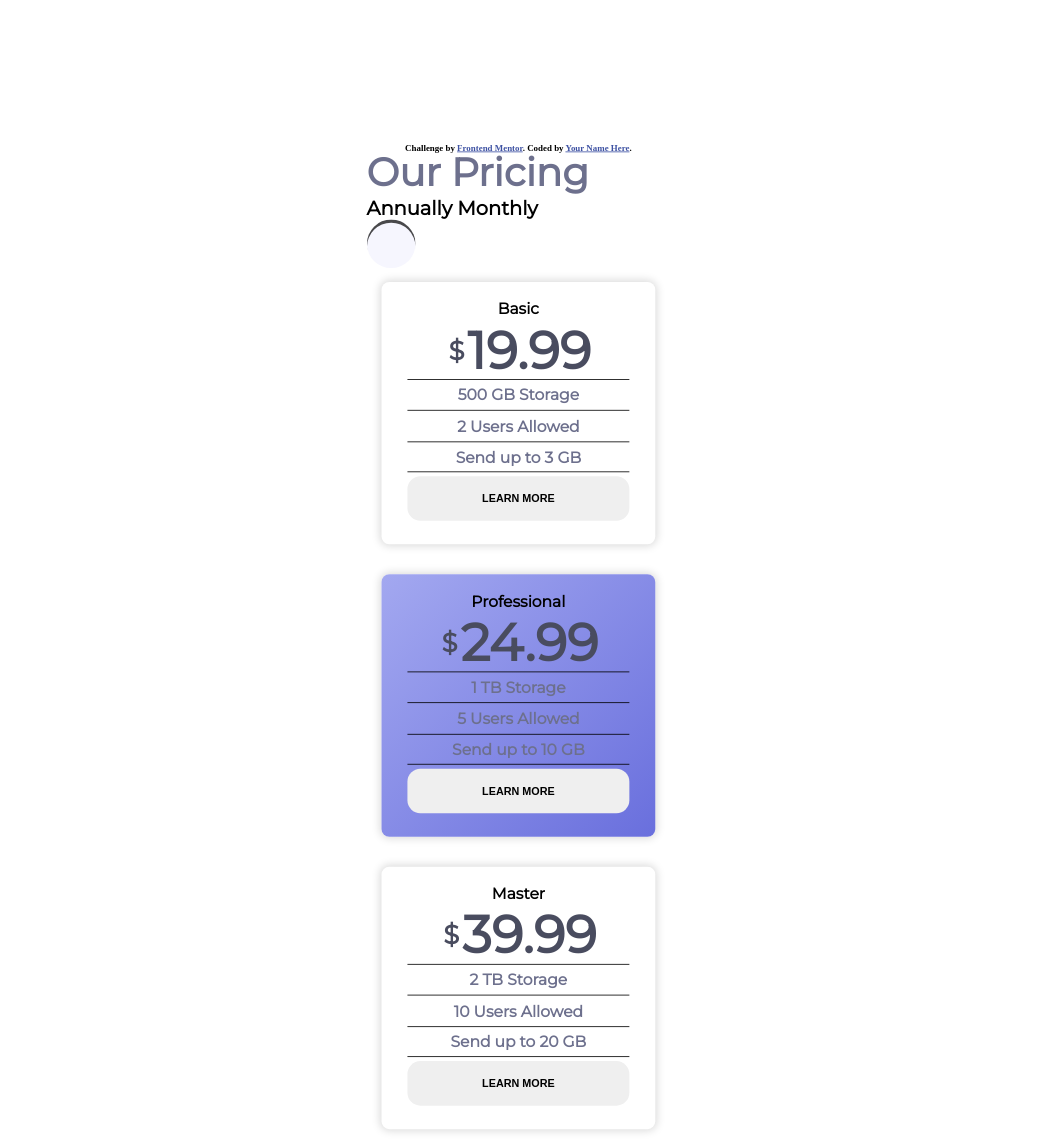
Repository: JuzzJoel/pricing-component-with-toggle-master
Page: index.html
These files come from the project's save history. The page is drawn as it stood at one moment and after a run of saves; the edit follows.
The browser window is 1280 px wide. The pictures show the whole page, at 81% of full size.

Above is the page before, as saved 2025-05-24 11:26:00.

### index.html
<!DOCTYPE html>
<html lang="en">
<head>
  <meta charset="UTF-8">
  <meta name="viewport" content="width=device-width, initial-scale=1.0"> <!-- displays site properly based on user's device -->

  <link rel="icon" type="image/png" sizes="32x32" href="./images/favicon-32x32.png">
  <link rel="preconnect" href="https://fonts.googleapis.com">
  <link rel="preconnect" href="https://fonts.gstatic.com" crossorigin>
  <link
    href="https://fonts.googleapis.com/css2?family=Montserrat:ital,wght@700"
    rel="stylesheet">
  <title>Frontend Mentor | [pricing-component-with-toggle-master]</title>
  <style>
    :root{

      --linear-gradient: linear-gradient(to bottom right, hsl(236, 72%, 79%), hsl(237, 63%, 64%));

--clr-pri: hsl(240, 78%, 98%);
--clr-pri-acc: hsl(234, 14%, 74%);
--clr-sec: hsl(233, 13%, 49%);
--clr-sec-acc: hsl(232, 13%, 33%);
    }
*,
*::before,
*::after {
    box-sizing: border-box;
}

* {
    margin: 0;
    padding: 0;
    box-sizing: border-box;
}
.visually-hidden:not(:focus):not(:active) {
  clip: rect(0 0 0 0);
  clip-path: inset(50%);
  height: 1px;
  overflow: hidden;
  position: absolute;
  white-space: nowrap;
  width: 1px;
}
    .attribution { font-size: 11px; text-align: center;height: 1vh; }
    .attribution a { color: hsl(228, 45%, 44%); }
body{
  font-size: 0.95rem;
  font-weight: 700;
width: 100vw;
height: 150vh;
display: flex;
align-items: center;
justify-content: center;
flex-direction: column;
}


.container{
  width: 375px;
  height: 100vh;
  font-family: "Montserrat", sans-serif;

}
  .pricing-header{
font-size: 1.5rem;
  }
  .pricing-header h1{
    color: var(--clr-sec);

  }
    .toggle-box{

    }

     .toggle-container{
      width: 50px;
      height: 50px;
      position: relative;
      background: var(--clr-pri);
      padding: 30px;
      border-radius: 3rem;

      box-shadow: inset 0 4px 0 0 rgba(0, 0, 0, 0.7);
     }
     .toggle-slider{
      position: absolute;
      border-radius: 50%;
      left: 10px;
      top: 5px;
     }
     input[type="radio"]{
      display: none;
     }

       .pricing{

       }


   .content-body{
    display: flex;
    flex-direction: column;
    align-items: center;
    width: 100%;
    height: 150vh;
   }
   .content{
    display: flex;
    flex-direction: column;
    align-items: center;
    justify-content: space-evenly;
    width: 90%;
    gap: 20px;
    height: 100%;
   }
   .card-container{
    display: flex;
    flex-direction: column;
    align-items: center;
    justify-content: center;
    width: 100%;
    border-radius: .6rem;

    box-shadow: 0 0 .625rem .125rem rgba(0, 0, 0, 0.15);
    height: 30%;
   }
   .card-container:nth-child(2){
  background: var(--linear-gradient);
   }    .card{
          display: flex;
          flex-direction: column;
          align-items: center;
          justify-content: space-between;
          width: 90%;
          height: 85%;
          font-family: "Montserrat", sans-serif;
        }
        .card>*{
          width: inherit;
          display: flex;
          align-items: center;
          justify-content: center;
        }
          .rows-head{
            height: 35%;
            display: flex;
            flex-direction: column;
            align-items: center;
            justify-content: center;
          }
          .rows-head p{
           font-size: 1.2rem;
          }
          .rows-head h1{
            font-size: 4rem;
            color: var(--clr-sec-acc);
            display: flex;
            align-items: center;
           } .rows-head h1 span{
            font-size: 2rem;
            color: var(--clr-sec-acc);
            margin-right: 2%;
           }
          .rows{
            height: 15%;
            border: 1px   solid black;
            border-left: none;
            border-right: none;
            color: var(--clr-sec);
            font-size: 1.2rem;
          }
          .rows:nth-child(3){
            border: none;
          }
          .rows-button{
            height: 25%;
            display: flex;
            align-items: center;
            justify-content: center;
          }
  button{
    width: 100%;
    display: flex;
    align-items: center;
    justify-content: center;
    border-radius: 1rem;
    border: none;
    padding: 1.25rem 2.5rem;
    text-transform: uppercase;
    color: var(--linear-gradient);
    font-weight: 700;
  }

          @media(min-width:1440px){
            .content{
              flex-direction: row;
              justify-content: space-between;
             }
          }
  </style>
</head>
<body>
  <div class="attribution">
    Challenge by <a href="https://www.frontendmentor.io?ref=challenge" target="_blank">Frontend Mentor</a>.
    Coded by <a href="#">Your Name Here</a>.
  </div>


  <div class="container">
    <div class="pricing-header">
      <h1>Our Pricing</h1>
      <div class="toggle-box">
        Annually
        Monthly
        <div class="toggle-container">

          <input type="radio" class="pricing" id="price-annnual">
          <label for="price-annual"></label>

          <input type="radio" class="pricing" id="price-month">
          <label for="price-month"></label>

          <div class="toggle-slider"></div>
        </div>
      </div>
      <div class="content-body">
        <div class="content">
          <div class="card-container">
<div class="card">
            <div class="rows-head">
              <p>Basic</p>
         <h1>  <span>&dollar;</span>
          19.99
           <i class="visually-hidden">&dollar;199.99</i>
           </h1>
          </div>
            <div class="rows">500 GB Storage</div>
            <div class="rows">2 Users Allowed</div>
            <div class="rows">Send up to 3 GB</div>
            <div class="rows-button"><button>Learn More</button></div>
          </div>
          </div>

          <div class="card-container">
            <div class="card">
            <div class="rows-head">
              <p>Professional</p>
              <h1> <span>&dollar;</span>24.99
                <i class="visually-hidden">&dollar;249.99</i>
           </h1>
          </div>
            <div class="rows">1 TB Storage</div>
            <div class="rows">5 Users Allowed</div>
            <div class="rows">Send up to 10 GB</div>
            <div class="rows-button"><button>Learn More</button></div>
          </div>
          </div>
          <div class="card-container">
            <div class="card">
            <div class="rows-head">
              <p>Master</p>
              <h1> <span>&dollar;</span>39.99
                <i class="visually-hidden">&dollar;399.99</i>
          </h1>
          </div>
            <div class="rows">2 TB Storage</div>
            <div class="rows">10 Users Allowed</div>
            <div class="rows">Send up to 20 GB</div>
            <div class="rows-button"><button>Learn More</button></div>
          </div>
          </div>
        </div>
      </div>
    </div>
  </div>


</body>
</html>

After the next 6 saves:
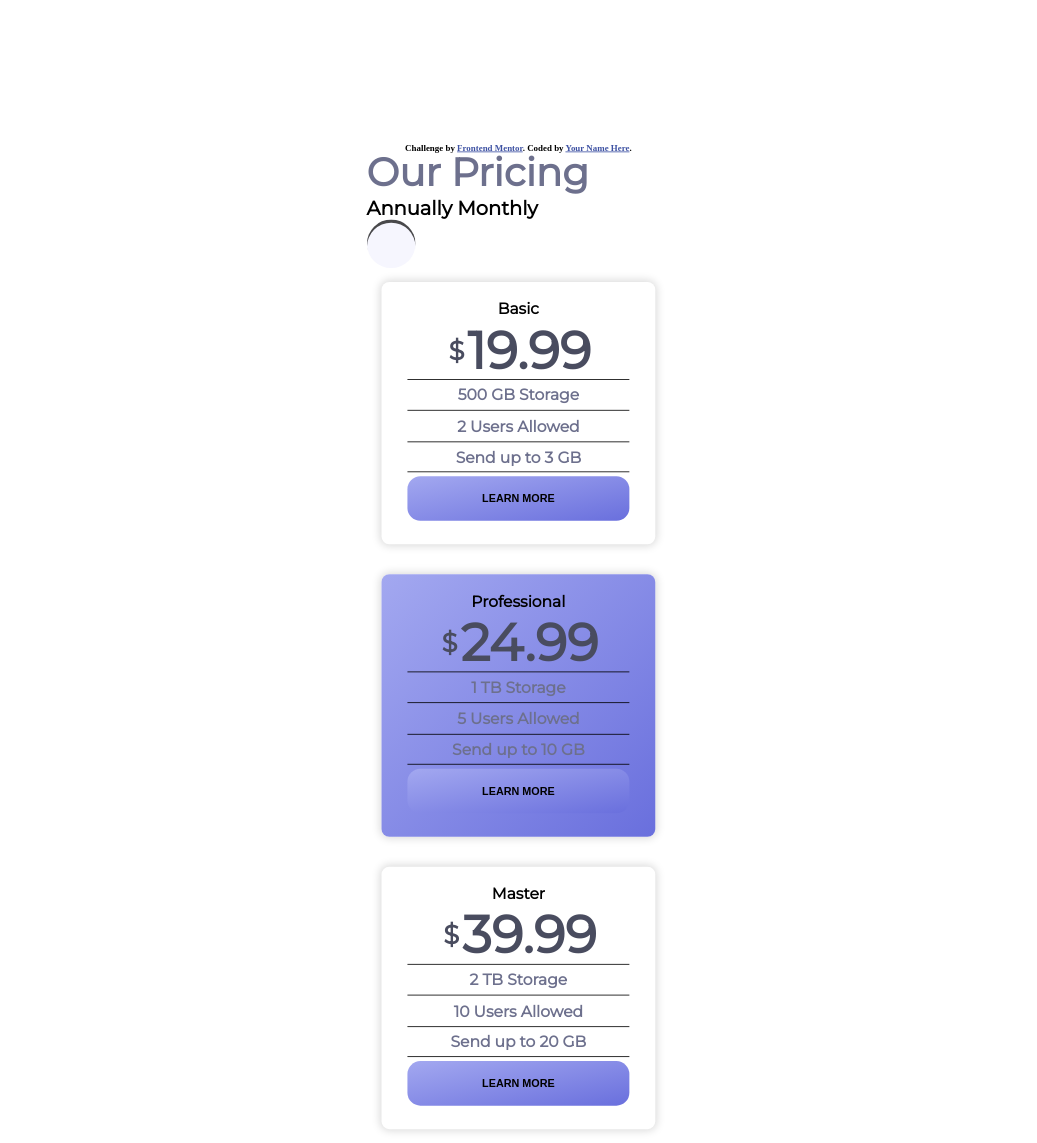
The 6 saves are shown as one change because they came seconds apart.
The last was saved 38 s later.
--- a/index.html
+++ b/index.html
@@ -189,6 +189,7 @@ font-size: 1.5rem;
     text-transform: uppercase;
     color: var(--linear-gradient);
     font-weight: 700;
+    background: var(--linear-gradient);
   }
 
           @media(min-width:1440px){
